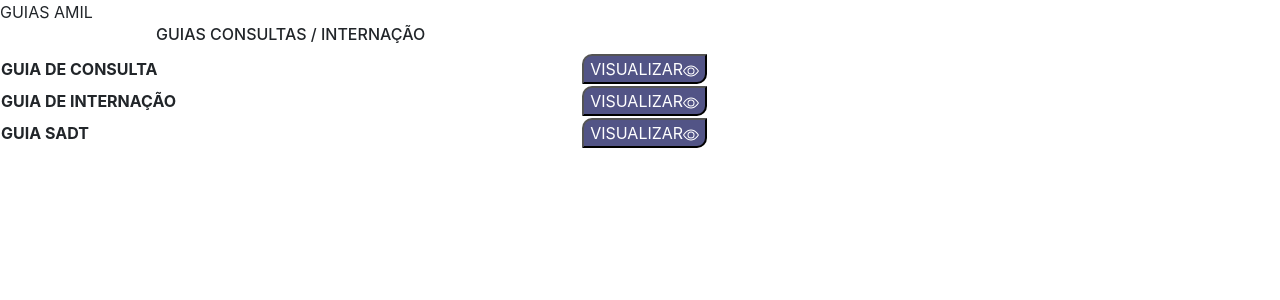
Repository: Leandromarim/INTRANET_PARTICULAR
Page: guiasAmil.html
An editor plug-in stored every save of this project. The page is shown before and after the next save, followed by the edit.
The browser window is 1280 px wide. The pictures show the whole page.

Above is the page before, as saved 2021-12-29 12:39:44.
Not found: ajax.js

After the next save:
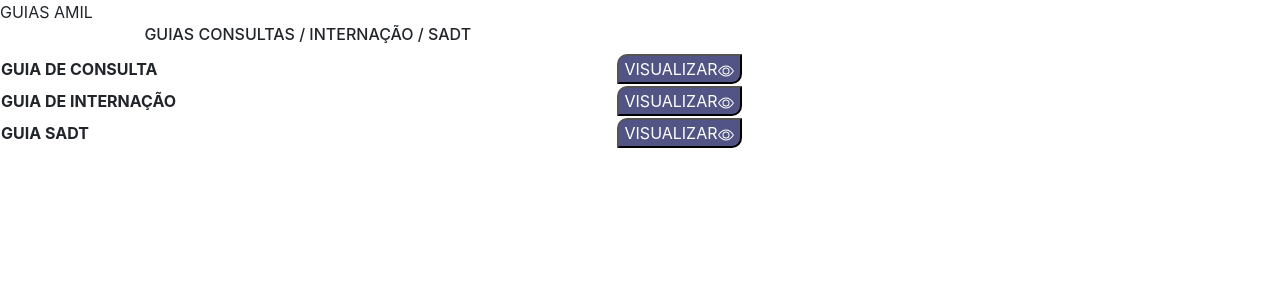
Saved 21 s later.
--- a/guiasAmil.html
+++ b/guiasAmil.html
@@ -26,7 +26,7 @@
             <table class="col-sm-6 col-lg-8">
                 <thead>
                     <th class="titulo-setor" colspan="2">
-                        <h6>GUIAS CONSULTAS / INTERNAÇÃO</h6>
+                        <h6>GUIAS CONSULTAS / INTERNAÇÃO / SADT</h6>
                     </th>
                 </thead>
                 <tbody class="col-sm-6 col-lg-8">
